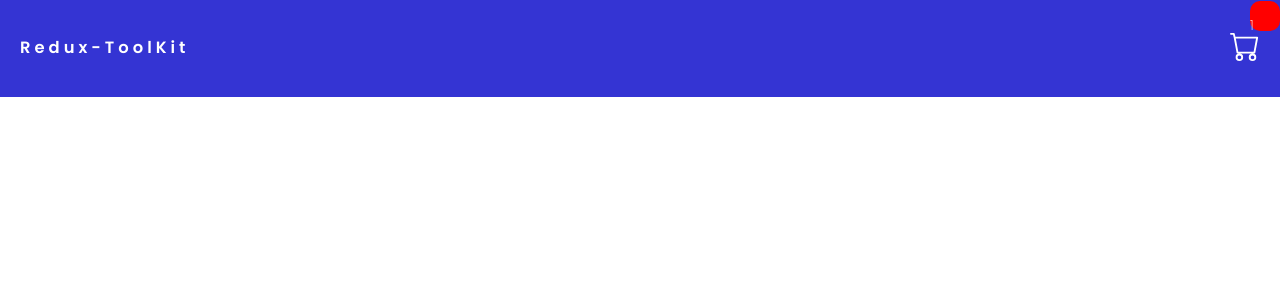
Repository: OmniaRafat232111121/shoppingCart
Page: /
An editor plug-in stored every save of this project. The page is shown before and after the next save, followed by the edit.
The browser window is 1280 px wide. The pictures show the whole page.
The project was rebuilt for these pictures with package versions that can differ from the ones it lists, and the page was loaded fresh each time. Also part of the build but not shown: src/App.css.

Above is the page before, as saved 2023-02-07 01:54:12.

After the next save:
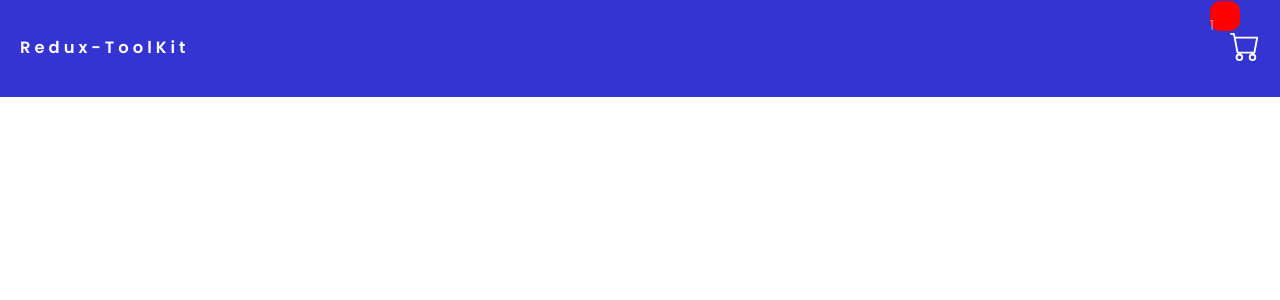
Saved 7 s later.
--- a/src/index.css
+++ b/src/index.css
@@ -31,7 +31,7 @@ nav{
 .amount-container{
   position: absolute;
   top:-30px;
-  left:20px;
+  left:-20px;
   background-color: red;
   border-radius: 10px;
   width:30px;
